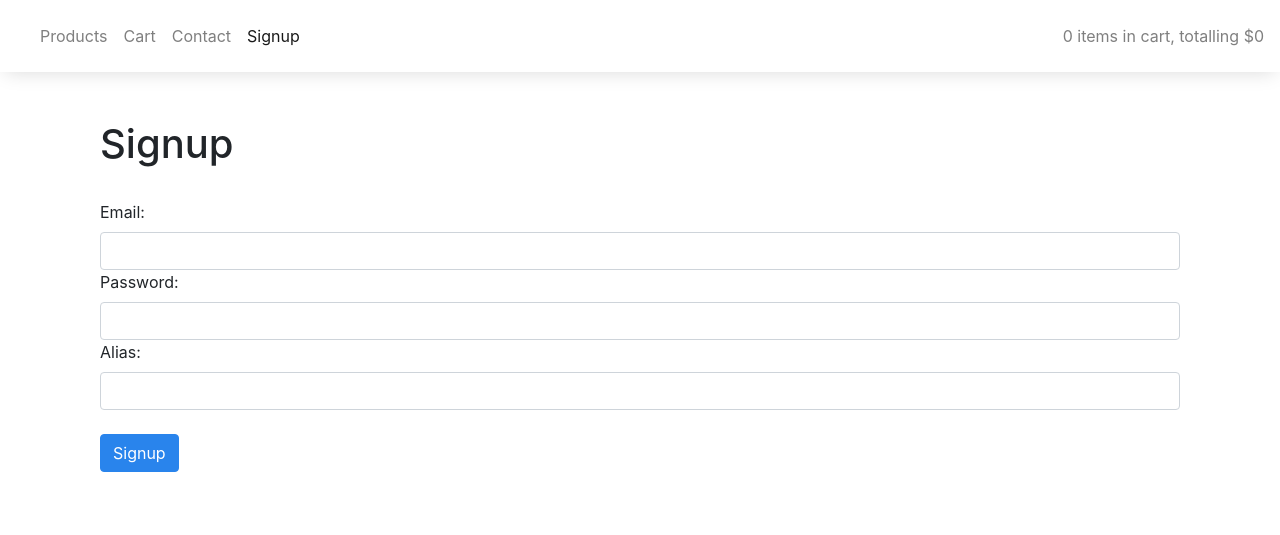
Repository: dayrim/wavecraft
Page: /signup
An editor plug-in stored every save of this project. The page is shown before and after the next save, followed by the edit.
The browser window is 1280 px wide. The pictures show the whole page.
The project was rebuilt for these pictures with package versions that can differ from the ones it lists, and the page was loaded fresh each time. Also part of the build but not shown: vue.config.js.

Above is the page before, as saved 2019-04-22 16:02:20.

### public/index.html
<!DOCTYPE html>
<html lang="en">
  <head>
    <meta charset="utf-8">
    <meta http-equiv="X-UA-Compatible" content="IE=edge">
    <meta name="viewport" content="width=device-width,initial-scale=1.0">
    <link rel="icon" href="<%= BASE_URL %>favicon.ico">
    <title>wavecraft-reset</title>
  </head>
  <body>
    <noscript>
      <strong>We're sorry but wavecraft-reset doesn't work properly without JavaScript enabled. Please enable it to continue.</strong>
    </noscript>
    <div id="app"></div>
    <!-- built files will be auto injected -->


  </body>
</html>

### src/main.js
import Vue from "vue";
import App from "./App.vue";
import router from "./router";
import store from "./store";
import BootstrapVue from "bootstrap-vue";

Vue.config.productionTip = false;
Vue.use(BootstrapVue);
Vue.filter("currency", function(value) {
  let formatter = new Intl.NumberFormat("en-US", {
    style: "currency",
    currency: "USD",
    minimumFractionDigits: 0,
  });

  return formatter.format(value);
});

new Vue({
  router,
  store,
  render: h => h(App),
}).$mount("#app");

### src/App.vue
<template>
  <div id="app" :class="{ ready: isPageReady }">
    <b-navbar class="mainNavbar" sticky toggleable="lg" variant="light">
      <b-navbar-brand to="/"></b-navbar-brand>

      <b-navbar-toggle target="nav-collapse"></b-navbar-toggle>

      <b-collapse id="nav-collapse" is-nav>
        <b-navbar-nav>
          <b-nav-item exact active-class="active" to="/">Products</b-nav-item>
          <b-nav-item exact active-class="active" to="/cart">Cart</b-nav-item>
          <b-nav-item exact active-class="active" to="/contact">Contact</b-nav-item>
          <b-nav-item exact active-class="active" to="/signup">Signup</b-nav-item>
        </b-navbar-nav>

        <!-- Right aligned nav items -->
        <b-navbar-nav class="ml-auto">
          <b-nav-text>
            <div class="navbar-text">
              {{ cart.items.length }}
              <span v-if="cart.items.length == 1">item</span><span v-else>items</span> in cart,
              totalling {{ cartTotal | currency }}
            </div></b-nav-text
          >
        </b-navbar-nav>
      </b-collapse>
    </b-navbar>
    <transition name="route" mode="out-in">
      <router-view name="discount"> </router-view>
    </transition>
    <b-container>
      <b-row>
        <b-col>
          <br /><br />
          <transition name="route" mode="out-in">
            <router-view></router-view>
          </transition>
        </b-col>
      </b-row>
    </b-container>
  </div>
</template>

<script>
export default {
  data() {
    return {
      isPageReady: false,
    };
  },
  computed: {
    cart() {
      return this.$store.state.cart;
    },
    cartTotal() {
      return this.$store.getters["cart/cartTotal"];
    },
  },
  mounted: function() {
    this.$nextTick(function() {
      setTimeout(() => {
        this.isPageReady = true;
      }, 0);
    });
  },
};
</script>

<style lang="scss">
.mainNavbar {
  box-shadow: 0px 5px 20px -5px rgba(0, 0, 0, 0.15);
}
.flex {
  display: flex;
}
.flex.flex-column {
  flex-direction: column;
}
.flex.flex-row {
  flex-direction: row;
}
.flex.justify-center {
  justify-content: center;
}
.flex.justify-left {
  justify-content: flex-start;
}
.flex.justify-right {
  justify-content: flex-end;
}
.flex.align-center {
  align-items: center;
}
.flex.align-left {
  align-items: flex-start;
}
.flex.align-right {
  align-items: flex-end;
}
/* Navigation */
.navbar .stats {
  margin-top: 15px;
}
ul {
  list-style: none;
}
.btn {
  margin-right: 20px;
}
input[type="radio"] + label,
input[type="checkbox"] + label {
  font-weight: normal;
}

#app {
  opacity: 0;
  transition: opacity 1s ease;
}

#app.ready {
  opacity: 1;
}

.route-enter-active,
.route-leave-active {
  transition: opacity 0.15s ease;
}

.route-enter,
.route-leave-to {
  opacity: 0;
}
</style>

### src/router/index.js
import Vue from "vue";
import Router from "vue-router";
import routes from "./routes";
Vue.use(Router);

export default new Router({
  mode: "history",
  base: process.env.BASE_URL,
  routes,
});

### src/store/index.js
import Vue from "vue";
import Vuex from "vuex";
import cart from "./modules/cart";

Vue.use(Vuex);

export default new Vuex.Store({
  /**
   * Assign the modules to the store.
   */
  modules: {
    cart,
  },
});

### src/assets/common.scss
@import "node_modules/bootstrap/scss/functions";
@import "node_modules/bootstrap/scss/variables";

$primary-color: #2984ec;
$secondary-color: #601cb9;
$tertiary-color: #222d30;
$default-color: #e9e9e9;
$light-color: #ffffff;
$accent-color: #f0081b;
$warning-color: #f09308;



$red: #dc3545;
$yellow: #ffc107;
$green: #006600; // This is the only variable I wanted to change
$cyan: #17a2b8;

$theme-colors: (
  primary: $primary-color,
  secondary: $tertiary-color,
  success: $secondary-color,
  info: $primary-color,
  warning: $warning-color,
  danger: $accent-color,
  light: $light-color,
  dark: $tertiary-color
);

@import 'node_modules/bootstrap/scss/bootstrap';
@import 'node_modules/bootstrap-vue/src/index.scss';

### src/router/routes.js
const routes = [
  {
    path: "",
    components: {
      default: () => import(/* webpackChunkName: "ProductList" */ "@/components/ProductList.vue"),
      discount: () =>
        import(/* webpackChunkName: "SpecialOffer" */ "@/components/SpecialOffer.vue"),
    },
  },
  {
    path: "/cart",
    component: () => import(/* webpackChunkName: "Cart" */ "@/components/Cart.vue"),
    alias: "/shopping-cart",
  },
  {
    path: "/signup",
    component: () => import(/* webpackChunkName: "Singup" */ "@/components/Signup.vue"),
    alias: "/sign-up",
  },
  {
    path: "/product/:productId",
    props: true,
    name: "Product",
    component: () => import(/* webpackChunkName: "Product" */ "@/components/Product.vue"),
    children: [
      {
        path: "details",
        name: "ViewProduct",
        props: true,
        component: () =>
          import(/* webpackChunkName: "ViewProduct" */ "@/components/ViewProduct.vue"),
      },
      {
        path: "reviews",
        name: "ProductReviews",
        props: true,
        component: () =>
          import(/* webpackChunkName: "ProductReviews" */ "@/components/ProductReviews.vue"),
      },
    ],
  },

  {
    path: "/contact",
    component: () => import(/* webpackChunkName: "Contact" */ "@/components/Contact.vue"),
  },
  {
    path: "/*",
    component: () => import(/* webpackChunkName: "PageNotFound" */ "@/components/PageNotFound.vue"),
  },
];

export default routes;

### src/store/modules/cart/index.js
import actions from "./actions";
import getters from "./getters";
import mutations from "./mutations";
import state from "./state";

export default {
  namespaced: true,
  actions,
  getters,
  mutations,
  state,
};

### src/components/Signup.vue
<template>
  <b-container fluid>
    <h1>Signup</h1>
    <br />
    <label for="email">Email:</label>
    <b-form-input id="email" type="text"></b-form-input>
    <label for="password">Password:</label>
    <b-form-input id="password" type="text"></b-form-input>
    <label for="alias">Alias:</label>
    <b-form-input id="alias" type="text"></b-form-input>
    <br />
    <b-button variant="primary">Signup</b-button>
  </b-container>
</template>

<script>
export default {
  data() {
    return {};
  },
};
</script>

<style lang="scss"></style>

### src/store/modules/cart/actions.js
import * as Mutate from "./mutation-types";

export const addProductToCart = ({ commit, getters }, payload) => {
  let cartItem = getters.getCartItem(payload.product);
  payload.cartItem = cartItem;

  if (cartItem == null) {
    payload.cartItem = getters.getCartItem(payload.product);
    commit(Mutate.ADD_PRODUCT_TO_CART, payload);
  } else {
    commit(Mutate.INCREASE_PRODUCT_QUANTITY, payload);
  }
};

export const checkout = ({ commit }) => {
  commit(Mutate.CHECKOUT);
};

export default {
  addProductToCart,
  checkout,
};

### src/store/modules/cart/getters.js
export default {
  cartTotal: state => {
    let total = 0;

    state.items.forEach(function(item) {
      total += item.product.price * item.quantity;
    });
    return total;
  },
  getCartItem: state => product => {
    for (let i = 0; i < state.items.length; i++) {
      if (state.items[i].product.id === product.id) {
        return state.items[i];
      }
    }
    return null;
  },
  taxAmount: (state, getters) => percentage => (getters.cartTotal * percentage) / 100,
};

### src/store/modules/cart/mutations.js
import { CHECKOUT, ADD_PRODUCT_TO_CART, INCREASE_PRODUCT_QUANTITY } from "./mutation-types";

export default {
  [CHECKOUT](state) {
    state.items.forEach(function(item) {
      item.product.inStock += item.quantity;
    });

    state.items = [];
  },
  [ADD_PRODUCT_TO_CART]: (state, payload) => {
    state.items.push({
      product: payload.product,
      quantity: payload.quantity,
    });

    payload.product.inStock -= payload.quantity;
  },
  [INCREASE_PRODUCT_QUANTITY]: (state, payload) => {
    payload.cartItem.quantity += payload.quantity;
    payload.product.inStock -= payload.quantity;
  },
};

### src/store/modules/cart/state.js
export default {
  items: [],
};

### src/store/modules/cart/mutation-types.js
export const ADD_PRODUCT_TO_CART = "addProductToCart";
export const CHECKOUT = "checkout";
export const INCREASE_PRODUCT_QUANTITY = "increaseQuantity";

export default {
  ADD_PRODUCT_TO_CART,
  CHECKOUT,
  INCREASE_PRODUCT_QUANTITY,
};

After the next save:
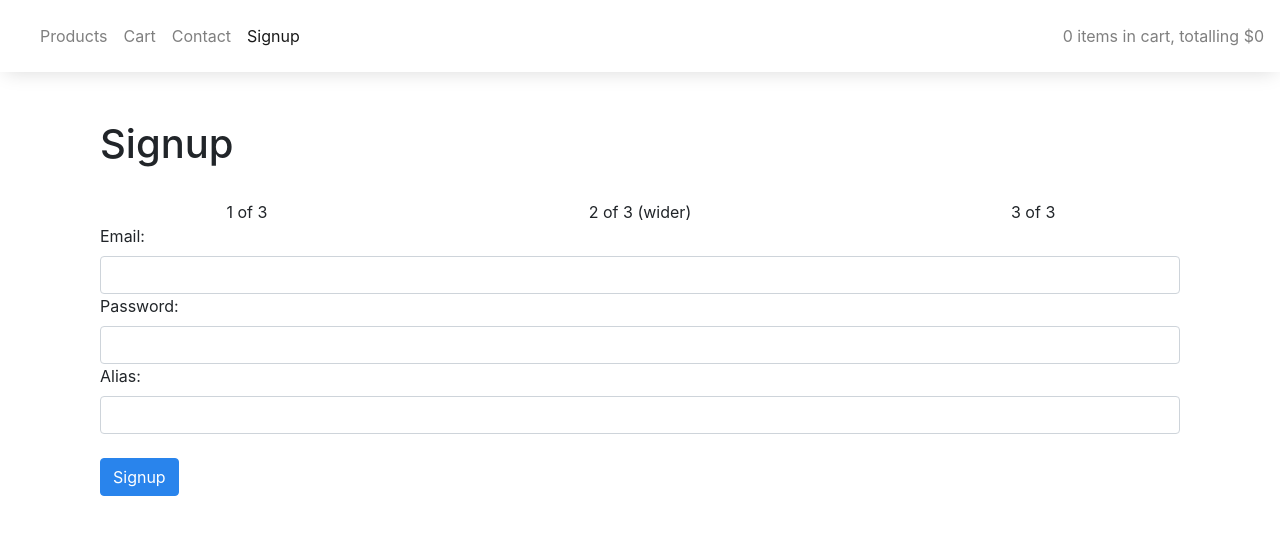
Saved 55 s later.
--- a/src/components/Signup.vue
+++ b/src/components/Signup.vue
@@ -2,6 +2,12 @@
   <b-container fluid>
     <h1>Signup</h1>
     <br />
+    <b-row class="text-center">
+      <b-col>1 of 3</b-col>
+      <b-col cols="5">2 of 3 (wider)</b-col>
+      <b-col>3 of 3</b-col>
+    </b-row>
+
     <label for="email">Email:</label>
     <b-form-input id="email" type="text"></b-form-input>
     <label for="password">Password:</label>
